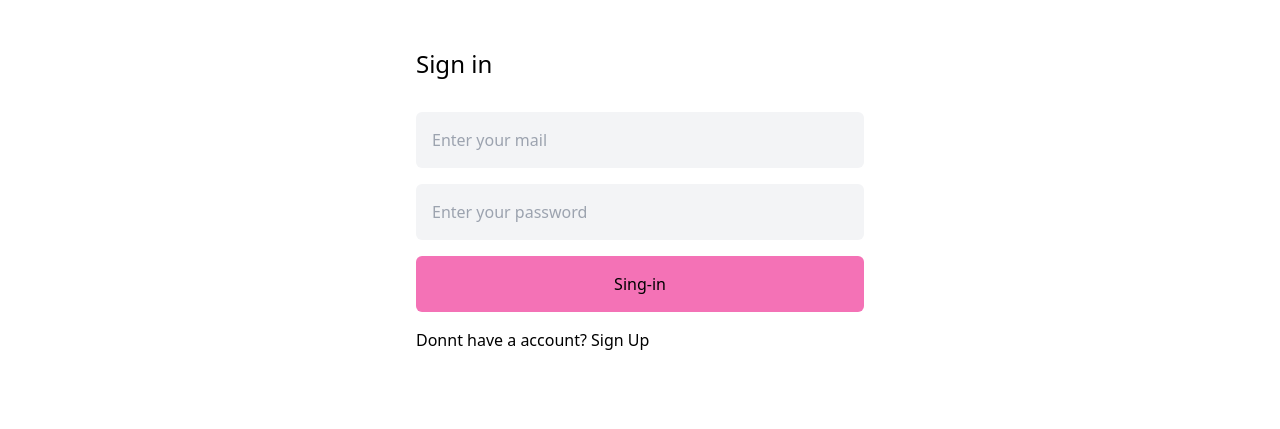
Repository: sevilgenysf/firebase
Page: /sign-in
An editor plug-in stored every save of this project. The page is shown before and after a run of saves, followed by the edit.
The browser window is 1280 px wide. The pictures show the whole page.
The project was rebuilt for these pictures with package versions that can differ from the ones it lists, and the page was loaded fresh each time. Also part of the build but not shown: src/pages/Home.js, src/pages/SignUp.js, src/pages/ForgotPassword.js.

Above is the page before, as saved 2023-01-04 14:32:57.

### src/App.js
import { BrowserRouter as Router, Routes, Route } from 'react-router-dom';
import Home from './pages/Home';
import SignIn from './pages/SignIn';
import SignUp from './pages/SignUp';
import ForgotPassword from './pages/ForgotPassword';

const App = () => {
	return (
		<Router>
			<Routes>
				<Route path="/" element={<Home />} />
				<Route path="/sign-in" element={<SignIn />} />
				<Route path="/sign-up" element={<SignUp />} />
				<Route path="/forgot-password" element={<ForgotPassword />} />
			</Routes>
		</Router>
	);
};

export default App;

### src/pages/SignIn.js
import { useState, useCallback } from 'react';
import { signInWithEmailAndPassword } from 'firebase/auth';
import { Link } from 'react-router-dom';
import { auth } from '../firebase';

const SingIn = () => {
	const [email, setEmail] = useState('');
	const [password, setPassword] = useState('');

	const handleSubmit = useCallback(
		(e) => {
			e.preventDefault();
			if (!email || !password) {
				return;
			}

			signInWithEmailAndPassword(auth, email, password)
				.then(() => {
					alert('hey, you have signed in');
				})
				.catch((e) => {
					console.log(e);
				});
		},
		[email, password]
	);

	return (
		<div className="max-w-md mx-auto py-12">
			<h1 className="text-2xl">Sign in</h1>
			<form onSubmit={handleSubmit} className="flex flex-col gap-4 mt-8">
				<input
					type="email"
					placeholder="Enter your mail"
					value={email}
					onChange={(e) => setEmail(e.currentTarget.value)}
					className="p-4 bg-gray-100 rounded-md"
				/>
				<input
					type="password"
					placeholder="Enter your password"
					value={password}
					onChange={(e) => setPassword(e.currentTarget.value)}
					className="p-4 bg-gray-100 rounded-md"
				/>
				<input
					type="submit"
					className="p-4 bg-pink-400 rounded-md"
					value="Sing-in"
				/>
				<Link to="/sign-up">Donnt have a account? Sign Up</Link>
			</form>
		</div>
	);
};

export default SingIn;

### src/firebase.js
import { initializeApp } from 'firebase/app';
import { getAuth } from 'firebase/auth';

const firebaseConfig = {
	apiKey: 'AIzaSyA9AQ6GBecnDjzYQorOMotUQvkcZgmFqdE',
	authDomain: 'post-app-3203e.firebaseapp.com',
	projectId: 'post-app-3203e',
	storageBucket: 'post-app-3203e.appspot.com',
	messagingSenderId: '905467232334',
	appId: '1:905467232334:web:31883f07cf29e9dbcac31f',
	measurementId: 'G-YNJEF03DBC'
};

const app = initializeApp(firebaseConfig);
export const auth = getAuth(app);

### tailwind.config.js
/** @type {import('tailwindcss').Config} */
module.exports = {
	content: ['./src/**/*.{js,jsx,ts,tsx}'],
	theme: {
		extend: {}
	},
	plugins: []
};

Loaded but not shown: public/index.html (common file); src/index.js (common file); src/index.css (common file); src/reportWebVitals.js (common file)

After the next 2 saves:
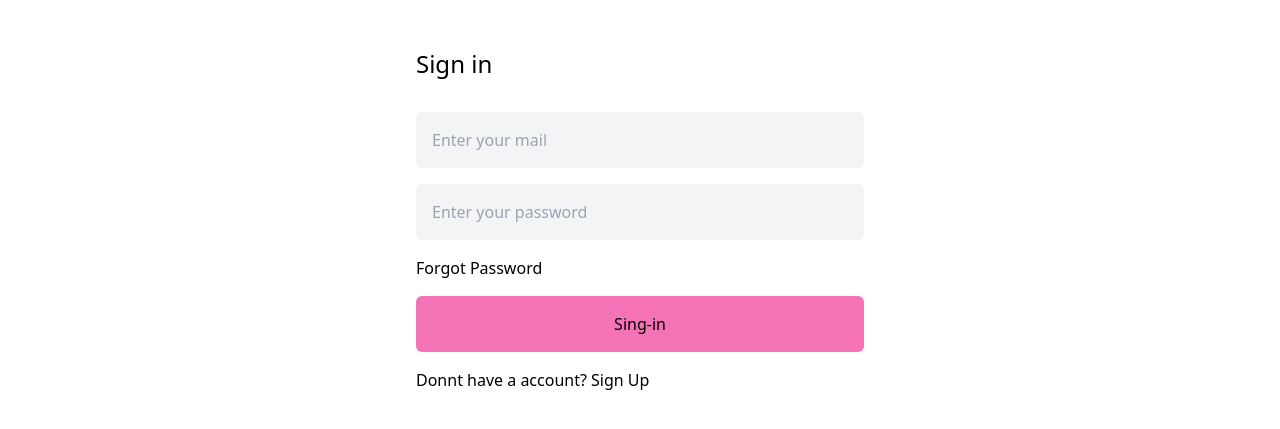
The 2 saves are shown as one change because they came seconds apart.
The last was saved 72 s later.
--- a/src/pages/SignIn.js
+++ b/src/pages/SignIn.js
@@ -43,6 +43,7 @@ const SingIn = () => {
 					onChange={(e) => setPassword(e.currentTarget.value)}
 					className="p-4 bg-gray-100 rounded-md"
 				/>
+				<Link>Forgot Password</Link>
 				<input
 					type="submit"
 					className="p-4 bg-pink-400 rounded-md"
